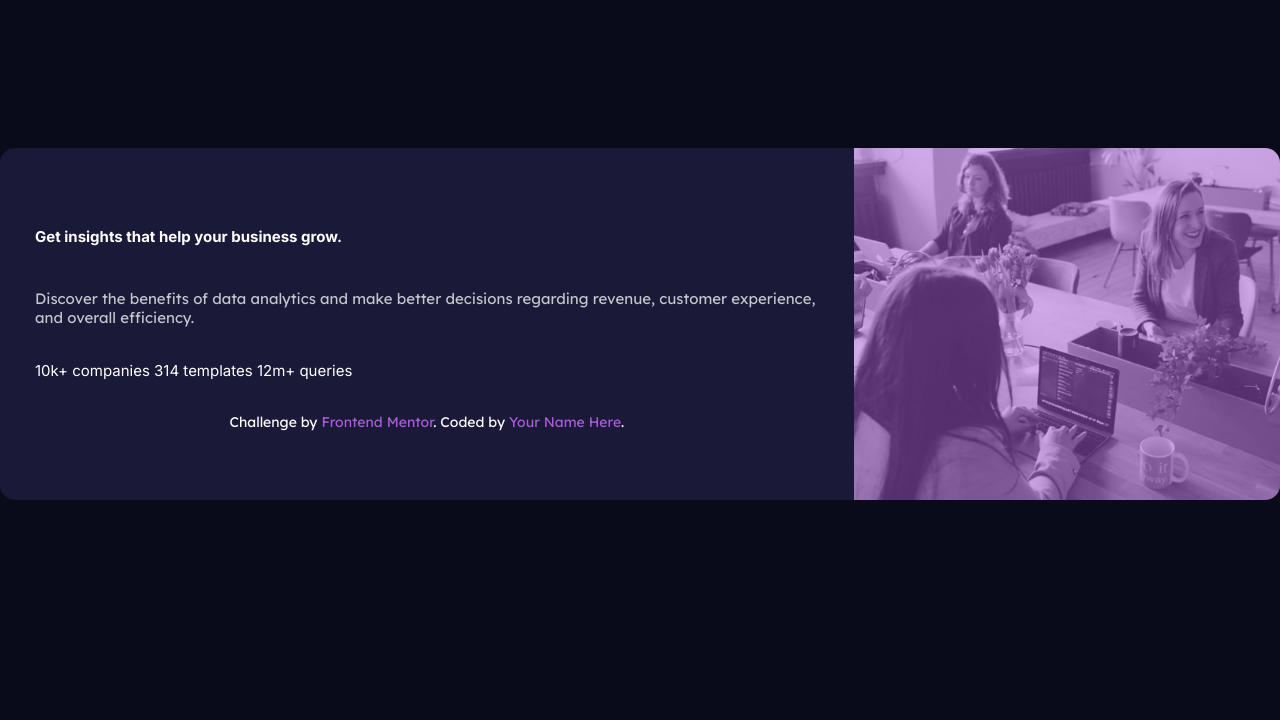
Repository: wasanmsn/Card_Challange
Page: index.html
The author's editor kept a copy of each file at every save. The page is drawn from the files as they stood at one save, then again after the next save.
The browser window is 1280 px wide. The pictures show the whole page.

Above is the page before, as saved 2021-07-21 16:23:00.

After the next save:
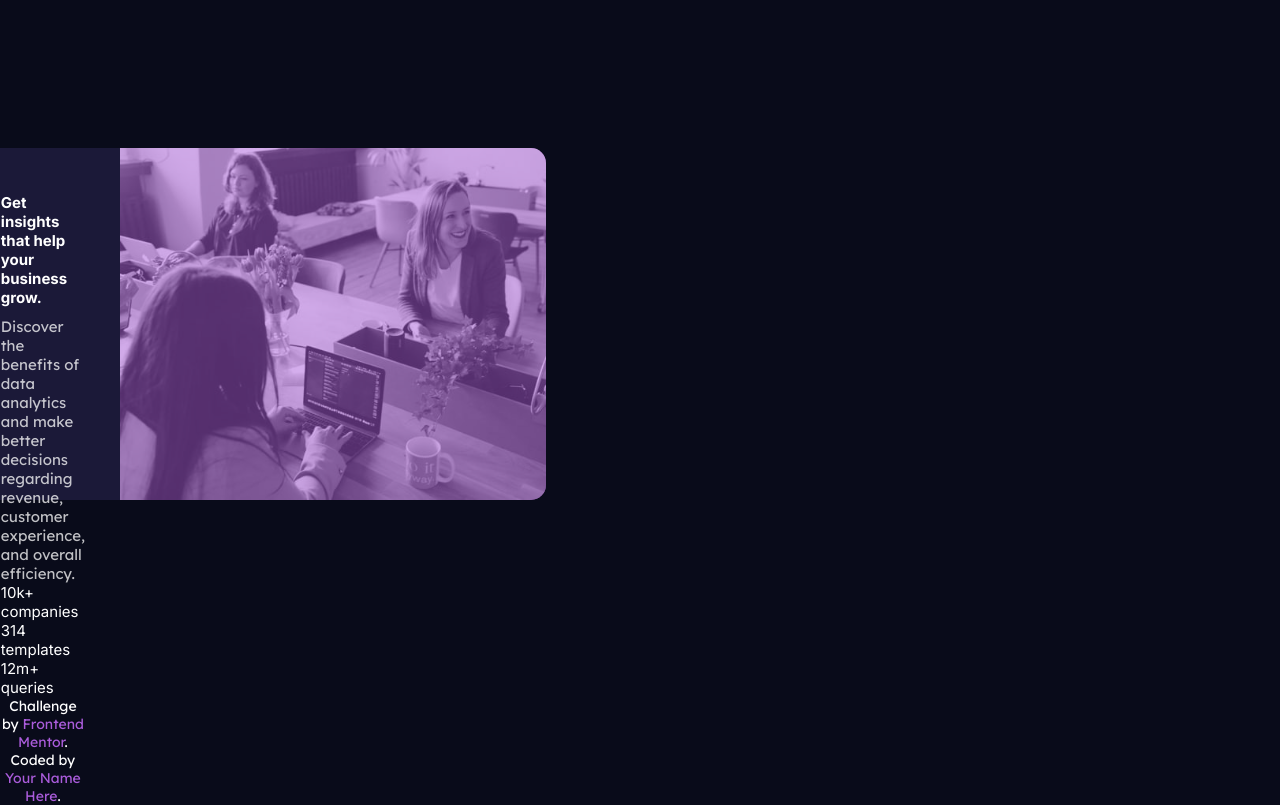
Saved 11 s later.
--- a/stylesheet.css
+++ b/stylesheet.css
@@ -8,7 +8,7 @@
 }
 
 .container {
-    width: 100%;
+    width: 40%;
     display: flex;
     height: 90vh;
     justify-content: center;

After the save that followed:
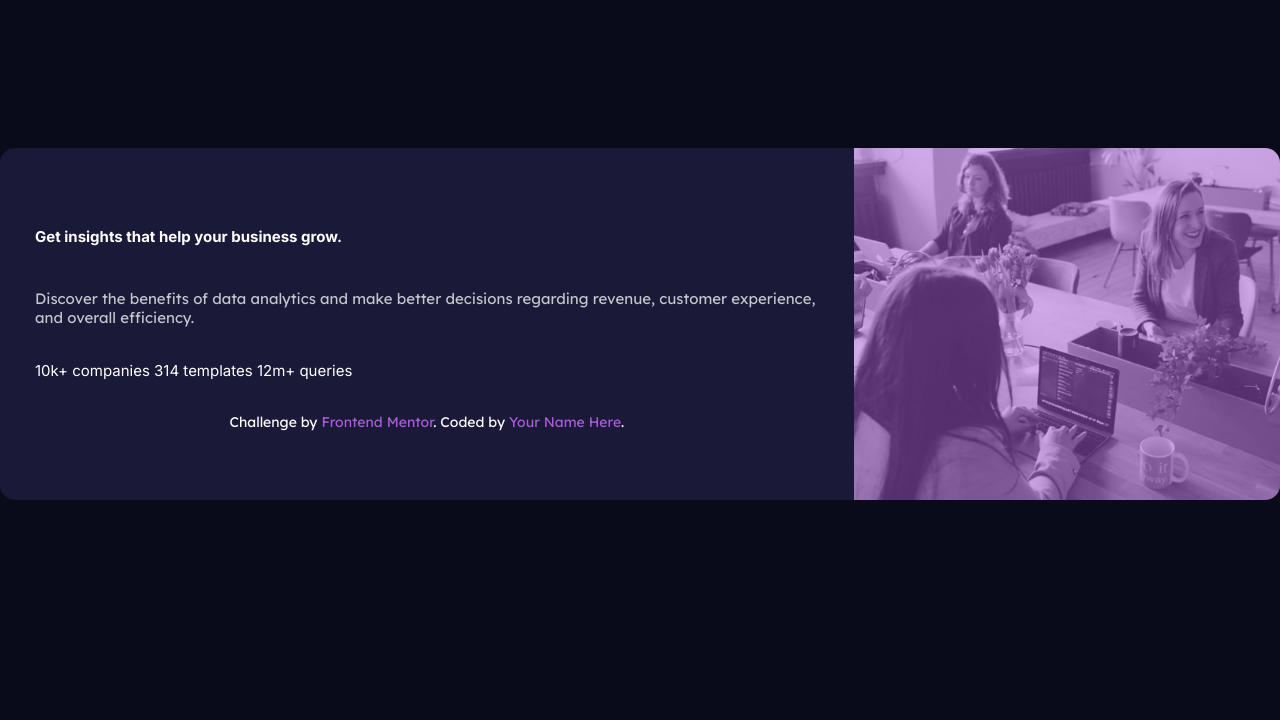
Saved 11 s later.
--- a/stylesheet.css
+++ b/stylesheet.css
@@ -8,7 +8,7 @@
 }
 
 .container {
-    width: 40%;
+    width: 100%;
     display: flex;
     height: 90vh;
     justify-content: center;
